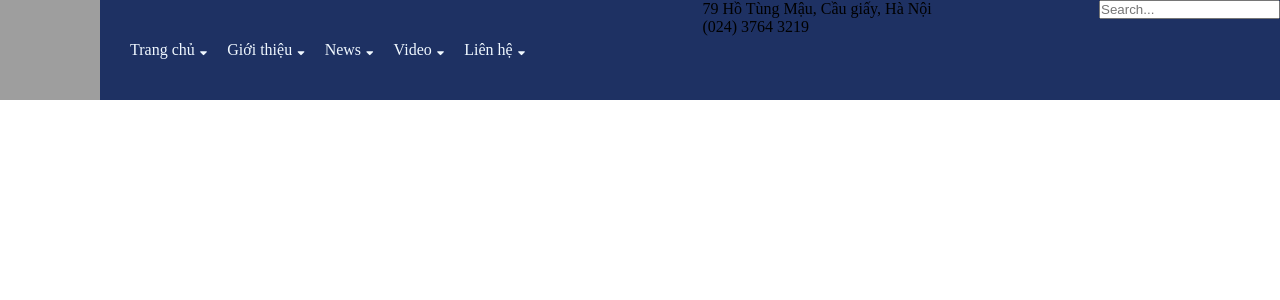
Repository: Luong-tung/newtopics
Page: index2.html
These files come from the project's save history. The page is drawn as it stood at one moment and after the next save; the edit follows.
The browser window is 1280 px wide. The pictures show the whole page.
Pictures or frames that could not be fetched are drawn as grey boxes. Some web libraries are served in a nearby version.

Above is the page before, as saved 2021-10-07 18:11:25.

### index2.html
<!DOCTYPE html>
<html lang="en">
<head>
    <meta charset="UTF-8">
    <meta http-equiv="X-UA-Compatible" content="IE=edge">
    <meta name="viewport" content="width=device-width, initial-scale=1.0">
    <title>trang web thương mai điện tử</title>
    <link rel="stylesheet" href="iu2.css">
    <link rel="stylesheet" href="https://pro.fontawesome.com/releases/v5.10.0/css/all.css" integrity="sha384-AYmEC3Yw5cVb3ZcuHtOA93w35dYTsvhLPVnYs9eStHfGJvOvKxVfELGroGkvsg+p" crossorigin="anonymous"/>
    <link rel="stylesheet" href="grid.css">

</head>
<body>
    <div class="header">
        <div class="logo">
            <img src="https://scontent.fhan3-5.fna.fbcdn.net/v/t1.15752-9/243148085_229171089102243_5702030057696055665_n.png?_nc_cat=109&ccb=1-5&_nc_sid=ae9488&_nc_ohc=MFQrVL-E3ZUAX81UgOR&_nc_ht=scontent.fhan3-5.fna&oh=bf2530340138a8a1eb55384dd7d37a9e&oe=6184EB79" alt="">


            <ul>
                <li><a href="#"></a>Trang chủ<i class="fas fa-sort-down"></i></li>
                <li><a href="#"></a>Giới thiệu<i class="fas fa-sort-down"></i></li>
                <li><a href="#"></a>News<i class="fas fa-sort-down"></i></li>
                <li><a href="#"></a>Video<i class="fas fa-sort-down"></i></li>
                <li><a href="#"></a>Liên hệ<i class="fas fa-sort-down"></i></li>
            </ul>
        </div>
        <div class="address">
            <p>79 Hồ Tùng Mậu, Cầu giấy, Hà Nội</p>
            <P>(024) 3764 3219</P>
        </div>
        <div class="search">
            <form>
                <input type="text" name="Search" placeholder="Search...">
            </form>
        </div>









    </div>
    <script src="./main2.js"></script>
</body>
</html>

### iu2.css
*{
    padding: 0;
    margin: 0;

}
.header{
    width: 100%;
    height: 100px;
    background:#1E3163;
    display: flex;
    justify-content: space-between;

}
.header .logo img{
    width: 100px;
    height: 100px;

}
.header .logo{
    display: flex;
}
.header .logo ul{
    color: aliceblue;
    margin-left: 20px;
    display: flex;
    align-items: center;
    justify-content: space-between;
}
.header .logo ul li{
    list-style: none;
    cursor: pointer;
    margin: 0px 5px;
    padding:5px;

}
.header .logo ul li i{
    font-size: 12px;
    margin-left: 5px;
}
.header .logo ul li:hover{
    background:#fff;
    color:#2D46B9;


}

Loaded but not shown: grid.css (no stored copy; drawn as an empty file); main2.js (no stored copy; drawn as an empty file)

After the next save:
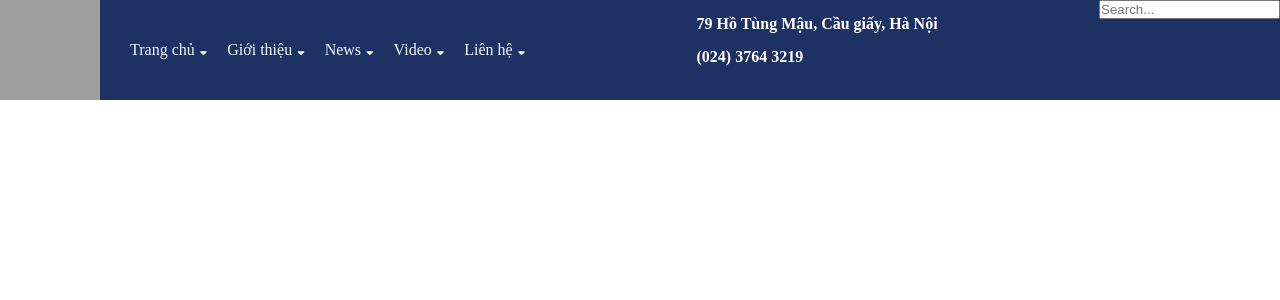
Saved 117 s later.
--- a/iu2.css
+++ b/iu2.css
@@ -41,5 +41,9 @@
     background:#fff;
     color:#2D46B9;
 
-
 }
+.header .address p{
+    margin-top: 15px;
+    color: #fff;
+    font-weight: bold;
+}
